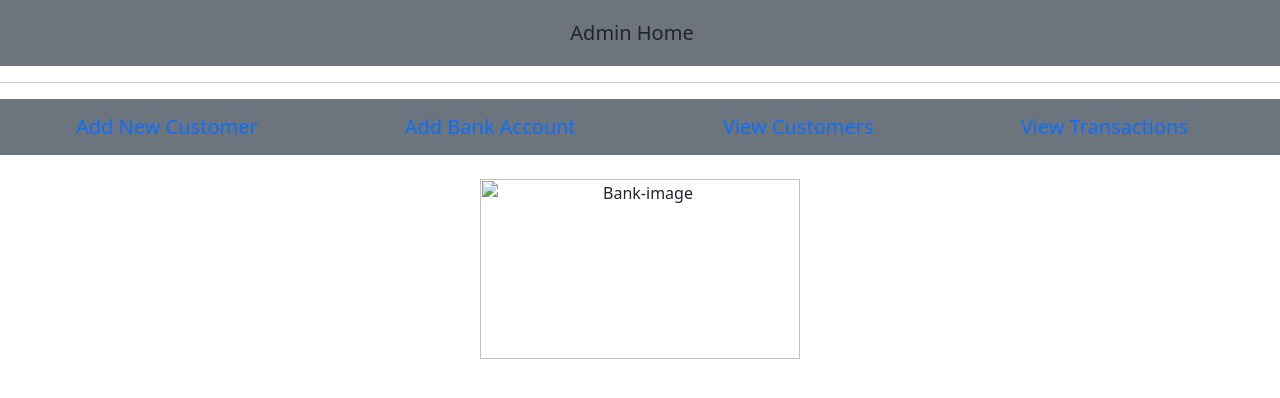
Repository: RMVLajaykumar/monojavaee
Page: http://localhost/13-bankapplication-demo/admin.jsp
These files come from the project's save history. The page is drawn as it stood at one moment and after the next save; the edit follows.
The browser window is 1280 px wide. The pictures show the whole page.
The page is served by Tomcat 9. Nobody is signed in. The application's start-up code is not run.

Above is the page before, as saved 2024-07-19 17:46:17.
Not found: 13-bankapplication-demo/13-bankapplication-demo/includes/bank.jpeg

After the next save:
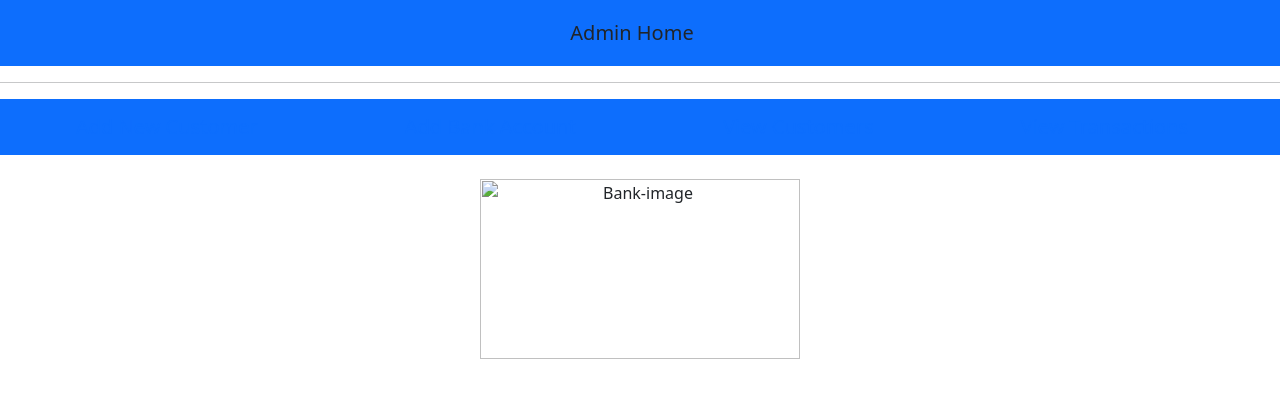
Saved 78 s later.
--- a/13-bankapplication-demo/WebContent/admin.jsp
+++ b/13-bankapplication-demo/WebContent/admin.jsp
@@ -14,7 +14,7 @@
 </head>
 <body>
 
-  <nav class="navbar bg-secondary">
+  <nav class="navbar bg-primary">
     <div
       class="container-fluid d-flex justify-content-center align-items-center">
       <h1 class="navbar-brand my-2">Admin Home</h1>
@@ -23,7 +23,7 @@
 
   <hr />
 
-  <nav class="navbar navbar-expand-lg bg-secondary px-5">
+  <nav class="navbar navbar-expand-lg bg-primary px-5">
     <div class="container-fluid">
       <a class="navbar-brand nav-link" href="add-new-customer.jsp">Add New Customer</a> <a
         class="navbar-brand nav-link" href="add-bank-account.jsp">Add Bank Account</a> <a
